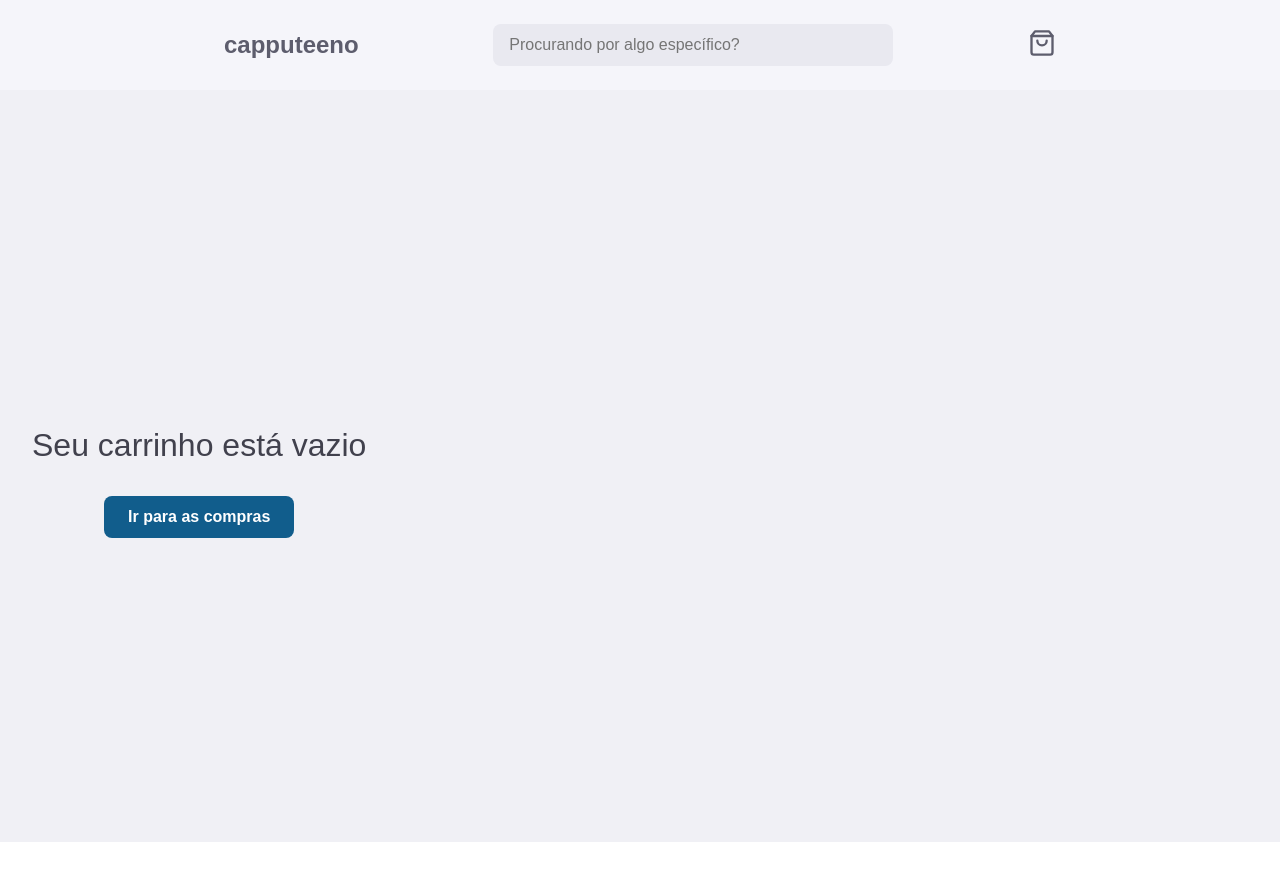
Repository: Biel-barbosa/capputeenoecomerce
Page: /cart
An editor plug-in stored every save of this project. The page is shown before and after the next save, followed by the edit.
The browser window is 1280 px wide. The pictures show the whole page.
The project was rebuilt for these pictures with package versions that can differ from the ones it lists, and the page was loaded fresh each time. The framework's server and built-in components were replaced by stand-ins that run in the browser. Also part of the build but not shown: next.config.ts.

Above is the page before, as saved 2025-04-23 17:23:49.

### src/app/layout.tsx
import type { Metadata } from "next";
import { Geist, Geist_Mono } from "next/font/google";
import "./globals.css";
import { CartProvider } from "../contexts/CartContexts"; // Adicione a importação do CartProvider

const geistSans = Geist({
  variable: "--font-geist-sans",
  subsets: ["latin"],
});

const geistMono = Geist_Mono({
  variable: "--font-geist-mono",
  subsets: ["latin"],
});

export const metadata: Metadata = {
  title: "Create Next App",
  description: "Generated by create next app",
};

export default function RootLayout({
  children,
}: Readonly<{
  children: React.ReactNode;
}>) {
  return (
    <html lang="en">
      <body className={`${geistSans.variable} ${geistMono.variable}`}>

        <CartProvider>
          {children}
        </CartProvider>
      </body>
    </html>
  );
}

### src/app/cart/page.tsx
'use client';

import { useEffect, useState } from 'react';
import styled from 'styled-components';
import Header from '@/components/Header';
import { Product } from '@/data/products';
import Link from 'next/link';

type CartItem = Product & { quantity: number };

const PageWrapper = styled.div`
  background-color: #f0f0f5;
  min-height: 100vh;
`;

const Container = styled.div`
  max-width: 1440px;
  margin: 2rem auto;
  padding: 0 2rem;
  display: flex;
  gap: 2rem;
  flex-wrap: wrap;
  justify-content: space-between;
`;

const ProductsSection = styled.div`
  flex: 2;
  display: flex;
  flex-direction: column;
  gap: 1.5rem;
`;

const SummarySection = styled.div`
  flex: 1;
  background: white;
  padding: 2rem;
  border-radius: 8px;
  box-shadow: 0 0 4px rgba(0, 0, 0, 0.1);
  height: fit-content;
`;

const ProductCard = styled.div`
  display: flex;
  justify-content: space-between;
  gap: 1rem;
  background: white;
  padding: 1rem;
  border-radius: 8px;
  align-items: center;
`;

const ProductImage = styled.img`
  width: 80px;
  height: 80px;
  object-fit: cover;
  border-radius: 8px;
`;

const ProductInfo = styled.div`
  flex: 1;
  display: flex;
  flex-direction: column;
`;

const Controls = styled.div`
  display: flex;
  gap: 0.5rem;
  align-items: center;
`;

const ControlButton = styled.button`
  background: #e0e0e0;
  border: none;
  border-radius: 4px;
  padding: 0.25rem 0.5rem;
  font-weight: bold;
  cursor: pointer;
`;

const RemoveButton = styled.button`
  background: transparent;
  border: none;
  color: red;
  cursor: pointer;
`;

const Title = styled.h3`
  margin: 0;
  font-size: 1rem;
`;

const Price = styled.span`
  color: #737380;
  font-weight: bold;
`;

const SummaryItem = styled.div`
  display: flex;
  justify-content: space-between;
  margin-bottom: 1rem;
`;

const SummaryTitle = styled.h2`
  margin-bottom: 2rem;
`;

const Total = styled.strong`
  font-size: 1.2rem;
`;

const CheckoutButton = styled.button`
  width: 100%;
  padding: 0.75rem;
  background: #115d8c;
  color: white;
  font-weight: bold;
  border: none;
  border-radius: 8px;
  margin-top: 2rem;
  cursor: pointer;

  &:hover {
    background: #0d4c74;
  }
`;

const HelpLinks = styled.div`
  margin-top: 2rem;
  font-size: 0.875rem;
  color: #737380;

  a {
    display: block;
    margin-top: 0.5rem;
    color: #737380;
    text-decoration: none;

    &:hover {
      text-decoration: underline;
    }
  }
`;

// Novo estilo para a mensagem de carrinho vazio
const EmptyCartMessage = styled.div`
  display: flex;
  flex-direction: column; /* Garantir que seja apenas uma coluna */
  justify-content: center;
  align-items: center;
  height: 100vh; /* Garantir que ocupe toda a altura da tela */
  text-align: center;

  p {
    font-size: 2rem;
    color: #41414d;
    margin-bottom: 2rem;
  }

  button {
    padding: 0.75rem 1.5rem;
    background-color: #115d8c;
    color: white;
    font-weight: bold;
    border: none;
    border-radius: 8px;
    cursor: pointer;
    font-size: 1rem;

    &:hover {
      background-color: #0d4c74;
    }
  }
`;


export default function CartPage() {
  const [cart, setCart] = useState<CartItem[]>([]);

  // Carregar o carrinho do localStorage
  useEffect(() => {
    const savedCart = localStorage.getItem('cart');
    if (savedCart) {
      setCart(JSON.parse(savedCart));
    }
  }, []);

  // Atualizar o localStorage e o estado do carrinho
  const updateLocalStorage = (updatedCart: CartItem[]) => {
    localStorage.setItem('cart', JSON.stringify(updatedCart));
    setCart(updatedCart);
  };

  // Aumentar a quantidade de um produto
  const increaseQuantity = (id: string) => {
    const updatedCart = cart.map(item =>
      item.id === id ? { ...item, quantity: item.quantity + 1 } : item
    );
    updateLocalStorage(updatedCart);
  };

  // Diminuir a quantidade de um produto
  const decreaseQuantity = (id: string) => {
    const updatedCart = cart
      .map(item =>
        item.id === id ? { ...item, quantity: Math.max(1, item.quantity - 1) } : item
      );
    updateLocalStorage(updatedCart);
  };

  // Remover um produto do carrinho
  const removeItem = (id: string) => {
    const updatedCart = cart.filter(item => item.id !== id);
    updateLocalStorage(updatedCart);
  };

  // Calcular subtotal, entrega e total
  const subtotal = cart.reduce((acc, item) => acc + item.price * item.quantity, 0);
  const delivery = 40; // Custo fixo de entrega
  const total = subtotal + delivery;

  return (
    <PageWrapper>
      <Header />
      <Container>
        {cart.length === 0 ? (
          <EmptyCartMessage>
            <p>Seu carrinho está vazio</p>
            <Link href="/" passHref>
              <button>Ir para as compras</button>
            </Link>
          </EmptyCartMessage>
        ) : (
          <>
            <ProductsSection>
              {cart.map((product) => (
                <ProductCard key={product.id}>
                  <ProductImage src={product.image} alt={product.title} />
                  <ProductInfo>
                    <Title>{product.title}</Title>
                    <Price>R$ {(product.price * product.quantity).toFixed(2)}</Price>
                    <Controls>
                      <ControlButton onClick={() => decreaseQuantity(product.id)}>-</ControlButton>
                      <span>{product.quantity}</span>
                      <ControlButton onClick={() => increaseQuantity(product.id)}>+</ControlButton>
                    </Controls>
                  </ProductInfo>
                  <RemoveButton onClick={() => removeItem(product.id)}>Remover</RemoveButton>
                </ProductCard>
              ))}
            </ProductsSection>

            <SummarySection>
              <SummaryTitle>Resumo do pedido</SummaryTitle>
              <SummaryItem>
                <span>Subtotal de produtos</span>
                <span>R$ {subtotal.toFixed(2)}</span>
              </SummaryItem>
              <SummaryItem>
                <span>Entrega</span>
                <span>R$ {delivery.toFixed(2)}</span>
              </SummaryItem>
              <SummaryItem>
                <span>Total</span>
                <Total>R$ {total.toFixed(2)}</Total>
              </SummaryItem>

              <CheckoutButton>Finalizar a compra</CheckoutButton>

              <HelpLinks>
                <a href="#">Ajuda</a>
                <a href="#">Reembolsos</a>
                <a href="#">Entregas e frete</a>
                <a href="#">Trocas e devoluções</a>
              </HelpLinks>
            </SummarySection>
          </>
        )}
      </Container>
    </PageWrapper>
  );
}

### src/contexts/CartContexts.tsx
'use client';

import React, { createContext, useContext, useState, useEffect, ReactNode } from 'react';

export type Product = {
    id: string;
    title: string;
    price: number;
    image: string;
};

type CartContextType = {
    cart: Product[];
    addToCart: (product: Product) => void;
    removeFromCart: (id: string) => void;
    updateCartItemCount: () => void;
    cartItemCount: number;
};

const CartContext = createContext<CartContextType | undefined>(undefined);

export const CartProvider = ({ children }: { children: ReactNode }) => {
    const [cart, setCart] = useState<Product[]>([]);
    const [cartItemCount, setCartItemCount] = useState<number>(0);

    useEffect(() => {
        if (typeof window !== 'undefined') {
            try {
                const storedCart = localStorage.getItem('cart');
                if (storedCart) {
                    // Tenta parsear o valor, se falhar, reinicia o carrinho
                    const parsedCart = JSON.parse(storedCart);
                    if (Array.isArray(parsedCart)) {
                        setCart(parsedCart);
                        setCartItemCount(parsedCart.length);
                    } else {
                        // Se o conteúdo não for um array válido, resetamos o carrinho
                        console.error('localStorage contém dados inválidos para o carrinho');
                        setCart([]);
                        setCartItemCount(0);
                    }
                }
            } catch (error) {
                console.error('Erro ao parsear o localStorage:', error);
                setCart([]);
                setCartItemCount(0);
            }
        }
    }, []);

    const addToCart = (product: Product) => {
        const updatedCart = [...cart, product];
        setCart(updatedCart);
        if (typeof window !== 'undefined') {
            try {
                localStorage.setItem('cart', JSON.stringify(updatedCart));
            } catch (error) {
                console.error('Erro ao salvar no localStorage:', error);
            }
        }
        setCartItemCount(updatedCart.length);
    };

    const removeFromCart = (id: string) => {
        const updatedCart = cart.filter(item => item.id !== id);
        setCart(updatedCart);
        if (typeof window !== 'undefined') {
            try {
                localStorage.setItem('cart', JSON.stringify(updatedCart));
            } catch (error) {
                console.error('Erro ao salvar no localStorage:', error);
            }
        }
        setCartItemCount(updatedCart.length);
    };

    const updateCartItemCount = () => {
        setCartItemCount(cart.length);
    };

    return (
        <CartContext.Provider value={{ cart, addToCart, removeFromCart, updateCartItemCount, cartItemCount }}>
            {children}
        </CartContext.Provider>
    );
};

export const useCart = () => {
    const context = useContext(CartContext);
    if (!context) {
        throw new Error('useCart must be used within a CartProvider');
    }
    return context;
};

export { CartContext };

### src/components/Header.tsx
import { useContext } from 'react'; // Importando o useContext do React
import styled from 'styled-components';
import { FiShoppingBag } from 'react-icons/fi';
import Link from 'next/link';
import { CartContext } from '@/contexts/CartContexts'; // Importando o contexto

type HeaderProps = {
  onSearch?: (value: string) => void;
};

// Estilos
const HeaderContainer = styled.header`
  width: 100%;
  padding: 1.5rem 14rem;
  display: flex;
  align-items: center;
  justify-content: space-between;
  background-color: #f5f5fa;
  flex-wrap: wrap;
  gap: 1rem;
`;

const Logo = styled.h1`
  font-size: 1.5rem;
  font-weight: 600;
  color: #5d5d6d;
  margin: 0;
`;

const SearchInput = styled.input`
  flex: 1;
  max-width: 400px;
  margin: 0 2rem;
  padding: 0.75rem 1rem;
  border: none;
  border-radius: 8px;
  background: #e9e9f0;
  font-size: 1rem;
  color: #737380;

  &:focus {
    outline: 2px solid #115d8c;
  }

  @media (max-width: 768px) {
    margin: 0;
    width: 100%;
    order: 3;
  }
`;

const CartButton = styled.button`
  position: relative;
  background: none;
  border: none;
  cursor: pointer;

  svg {
    font-size: 1.75rem;
    color: #5d5d6d;
  }
`;

const CartCount = styled.span`
  position: absolute;
  top: -8px;
  right: -8px;
  background-color: #de3838;
  color: white;
  border-radius: 50%;
  font-size: 0.75rem;
  padding: 0.25rem 0.5rem;
  line-height: 1;
`;

const Header = ({ onSearch }: HeaderProps) => {
  // Usando o CartContext para acessar a quantidade de itens no carrinho
  const { cartItemCount } = useContext(CartContext) || { cartItemCount: 0 }; // Corrigido: fallback para 0 caso o contexto seja undefined

  return (
    <HeaderContainer>
      <Link href="/" passHref>
        <Logo>capputeeno</Logo>
      </Link>

      <SearchInput
        type="text"
        placeholder="Procurando por algo específico?"
        onChange={(e) => onSearch?.(e.target.value)}
      />

      <Link href="/cart" passHref>
        <CartButton>
          <FiShoppingBag />
          {cartItemCount > 0 && <CartCount>{cartItemCount}</CartCount>}
        </CartButton>
      </Link>
    </HeaderContainer>
  );
};

export default Header;

Loaded but not shown: src/app/globals.css (common file)

After the next save:
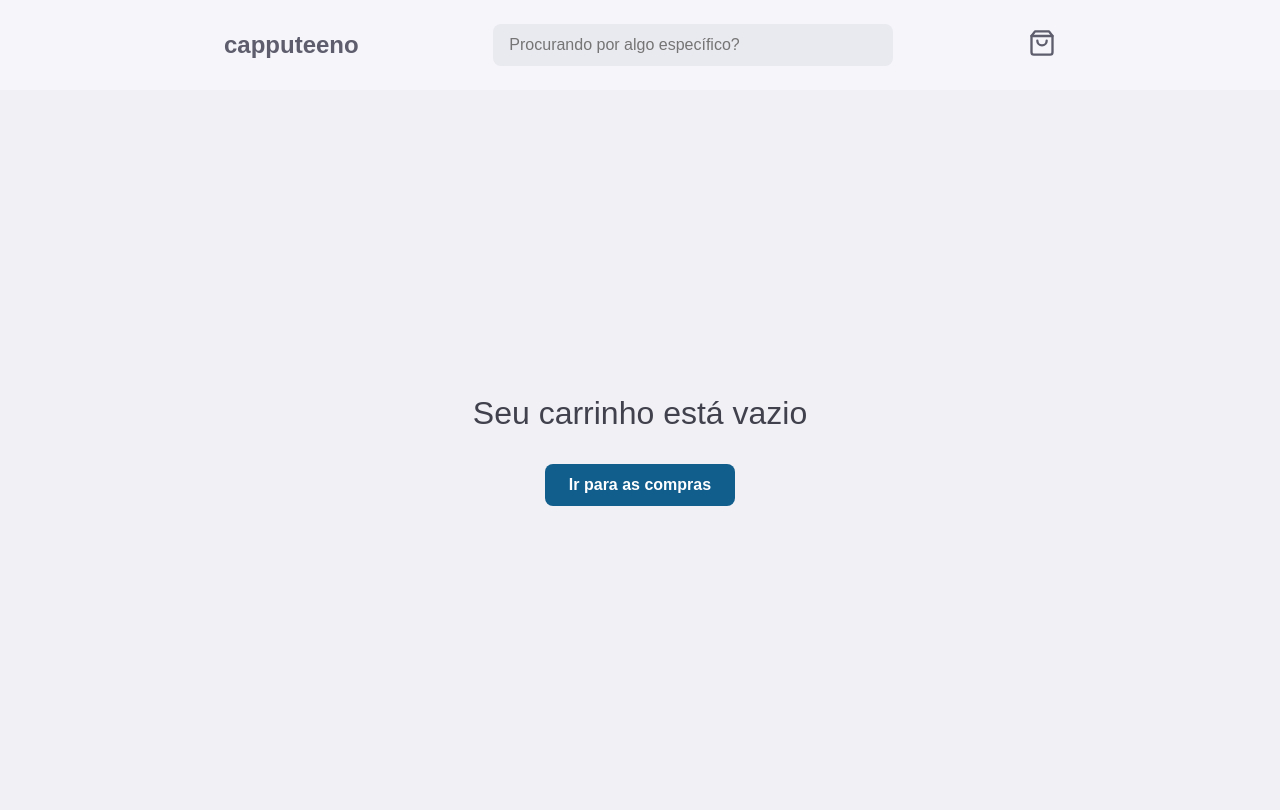
Saved 74 s later.
--- a/src/app/cart/page.tsx
+++ b/src/app/cart/page.tsx
@@ -15,13 +15,16 @@ const PageWrapper = styled.div`
 
 const Container = styled.div`
   max-width: 1440px;
-  margin: 2rem auto;
+  margin: 0 auto; /* Garantir que o contêiner seja centralizado */
   padding: 0 2rem;
   display: flex;
+  flex-direction: column; /* Alterando para coluna quando vazio */
+  justify-content: center; /* Centraliza o conteúdo */
+  align-items: center; /* Alinha o conteúdo no centro */
+  height: 100vh; /* Garantir que ocupe toda a altura da tela */
   gap: 2rem;
-  flex-wrap: wrap;
-  justify-content: space-between;
-`;
+`;
+
 
 const ProductsSection = styled.div`
   flex: 2;
